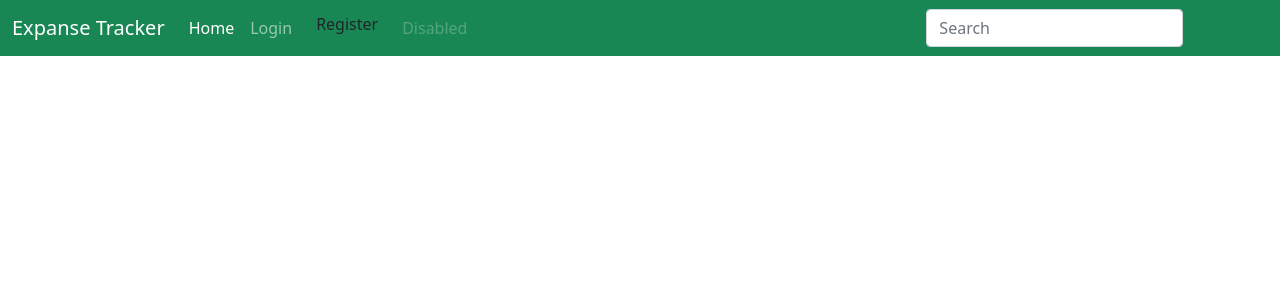
Repository: Hashim-Ansari-82/Java_Project
Page: http://localhost/Online_Expanse_Tracker/
These files come from the project's save history. The page is drawn as it stood at one moment and after the next save; the edit follows.
The browser window is 1280 px wide. The pictures show the whole page.
The page is served by Tomcat 9.

Above is the page before, as saved 2026-05-25 04:33:39.

After the next save:
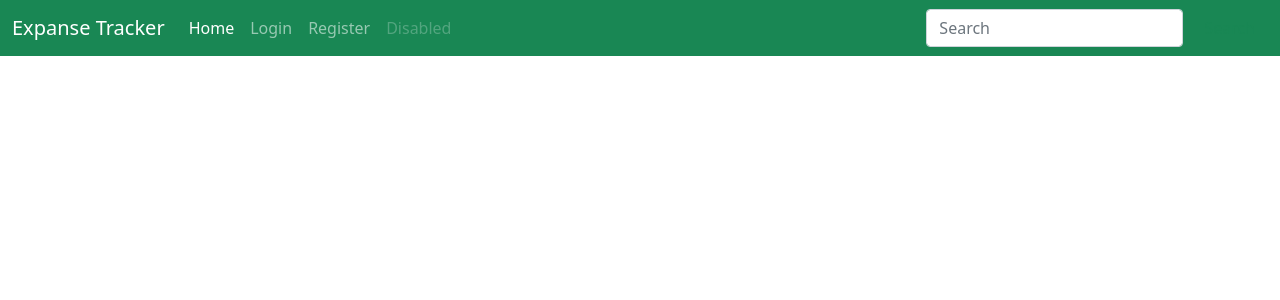
Saved 53 s later.
--- a/Online_Expanse_Tracker/src/main/webapp/index.jsp
+++ b/Online_Expanse_Tracker/src/main/webapp/index.jsp
@@ -27,7 +27,7 @@
 					<li class="nav-item"><a class="nav-link active"
 						aria-current="page" href="#">Home</a></li>
 					<li class="nav-item"><a class="nav-link" href="#">Login</a></li>
-							<li><a class="dropdown-item" href="#">Register</a></li>
+					<li class="nav-item"><a class="nav-link" href="#">Register</a></li>
 
 
 					<li class="nav-item"><a class="nav-link disabled" href="#"
